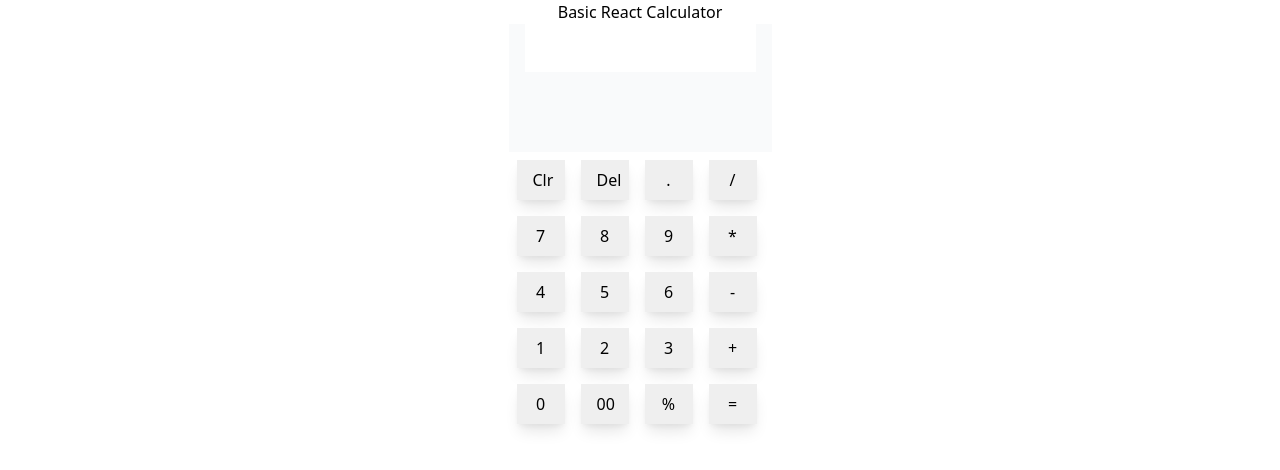
Repository: latenightsnacc/React-Calculator
Page: / (app in docs/react-calculator/)
The author's editor kept a copy of each file at every save. The page is drawn from the files as they stood at one save, then again after the next save.
The browser window is 1280 px wide. The pictures show the whole page.
The project was rebuilt for these pictures with package versions that can differ from the ones it lists, and the page was loaded fresh each time. Also part of the build but not shown: docs/react-calculator/craco.config.js.

Above is the page before, as saved 2021-11-11 15:46:04.

After the next save:
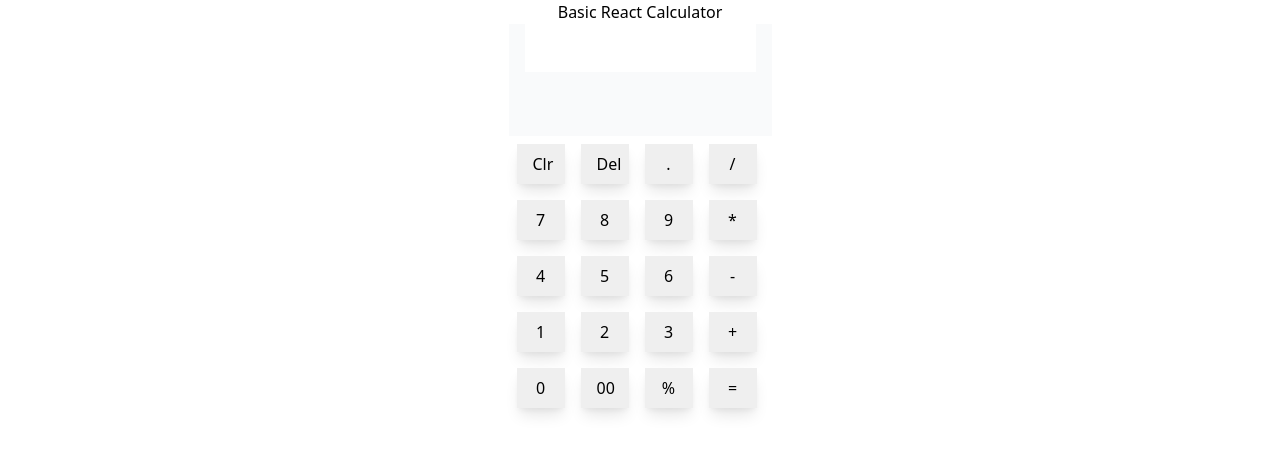
Saved 12 s later.
--- a/docs/react-calculator/src/components/CalculatorScreen.js
+++ b/docs/react-calculator/src/components/CalculatorScreen.js
@@ -3,7 +3,7 @@ import CalculatorOutputRow from './CalculatorOutputRow'
 
 const CalculatorScreen = () => {
     return (
-        <div className="bg-gray-50 px-4 w-full h-32">
+        <div className="bg-gray-50 px-4 w-full h-28">
             <CalculatorOutputRow/>
             <CalculatorOutputRow/>
         </div>
